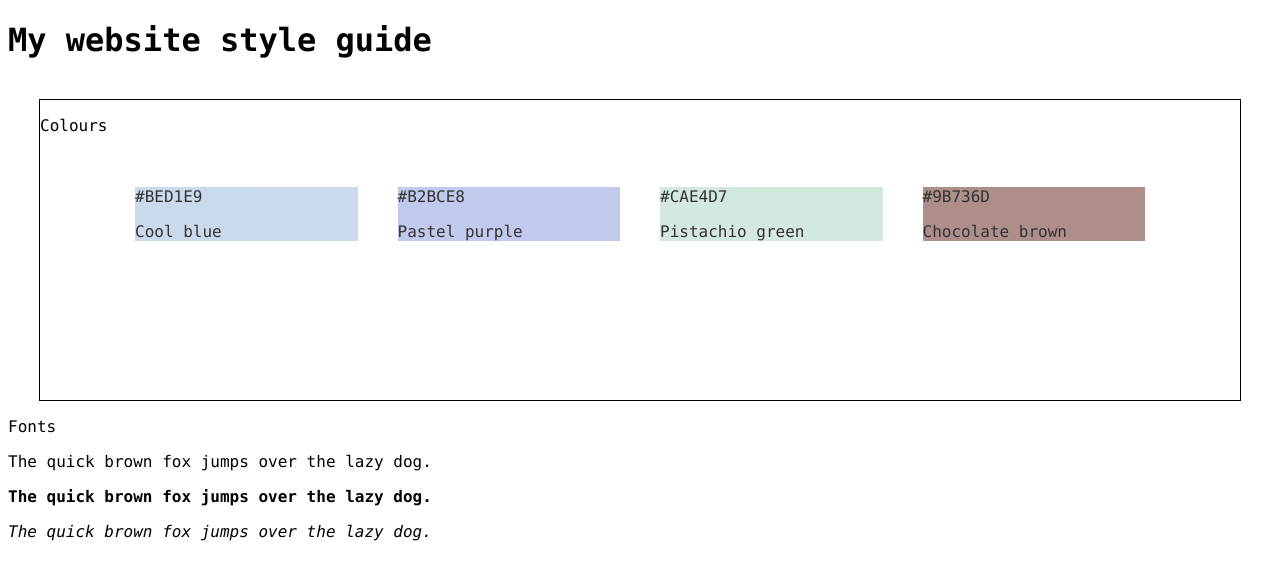
Repository: nazaninrizvi/codecademy
Page: Javascript/website-design-system/index.html
An editor plug-in stored every save of this project. The page is shown before and after the next save, followed by the edit.
The browser window is 1280 px wide. The pictures show the whole page.

Above is the page before, as saved 2021-11-26 14:36:50.

### Javascript/website-design-system/index.html
<!DOCTYPE html>
<html>
    <head>
        <title>My website style guide</title>
        <link rel="stylesheet" href="styles.css" type="text/css" />
    </head>
    <body>
        <h1>My website style guide</h1>
        <div id="colors">
            <div class="colors-container">
                <p>Colours</p>
                <div class="colcontainer">
                    <div class="cols"><div id="coolblue">
                        <p>#BED1E9</p>
                        <p>Cool blue</p>
                    </div></div>

                    <div class="cols"><div id="pastelPurple">
                        <p>#B2BCE8</p>
                        <p>Pastel purple</p>
                    </div></div>

                    <div class="cols"><div id="pistachio">
                        <p>#CAE4D7</p>
                        <p>Pistachio green</p>
                    </div></div>

                    <div class="cols"><div id="brown">
                        <p>#9B736D</p>
                        <p>Chocolate brown</p>
                    </div></div>
                </div>
            </div>
        </div>
        <div id="fonts">
           <p>Fonts</p>
           <div class="fontcontainer">
               <div class='font'>
                <p>The quick brown fox jumps over the lazy dog.</p>
                <p><b>The quick brown fox jumps over the lazy dog.</b></p>
                <p><i>The quick brown fox jumps over the lazy dog.</i></p>                </i></p>
            </div>
           </div>
        </div>
    </body>
</html>

### Javascript/website-design-system/styles.css
*{
    font-family: "Lucida Console", Courier, monospace;
}

.colors-container{
    height: 300px;
    max-width: 1200px;
    margin: 40px auto auto auto;
    border: 1px solid black;
  }

  .colcontainer{
    max-width: 1050px;
    margin: 15px auto auto auto;
    display: flex;
    justify-content: space-between;
  }

  .cols{
    height: 300px;
    padding: 20px;
    margin-bottom: auto;
    flex-basis: 30%;
    box-sizing: border-box;
    opacity: 0.8;
  }

#coolblue{
    background-color: #bed1e9;
  }

#pastelPurple{
    background-color: #B2BCE8;
}

#pistachio{
    background-color: #CAE4D7;
}

#brown{
    background-color: #9B736D;
}

After the next save:
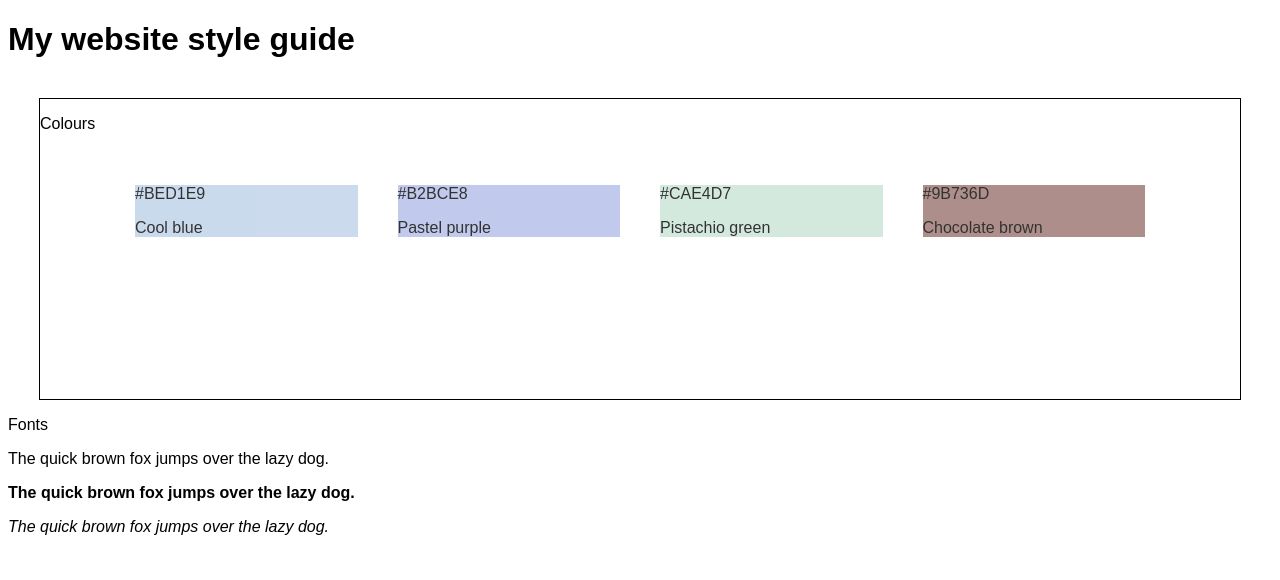
Saved 12 min 38 s later.
--- a/Javascript/website-design-system/styles.css
+++ b/Javascript/website-design-system/styles.css
@@ -1,5 +1,5 @@
 *{
-    font-family: "Lucida Console", Courier, monospace;
+    font-family: 'Montserrat', sans-serif;
 }
 
 .colors-container{
